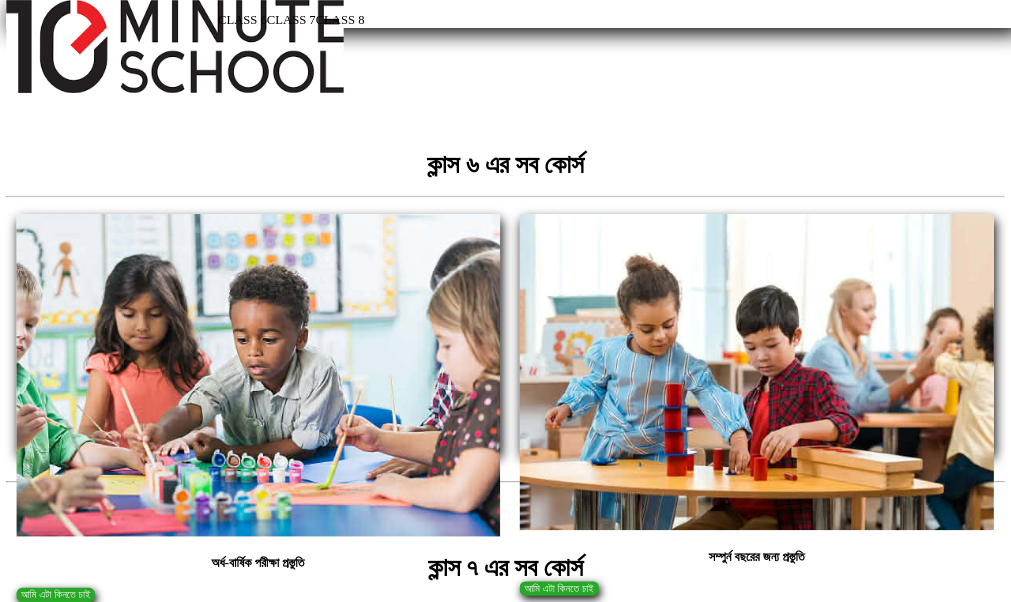
Repository: ridhukhan/10MinuteCourse
Page: /
These files come from the project's save history. The page is drawn as it stood at one moment and after the next save; the edit follows.
The browser window is 1280 px wide. The pictures show the whole page, at 79% of full size.
The project was rebuilt for these pictures with package versions that can differ from the ones it lists, and the page was loaded fresh each time. Also part of the build but not shown: vite.config.js.

Above is the page before, as saved 2025-12-14 20:25:25.

After the next save:
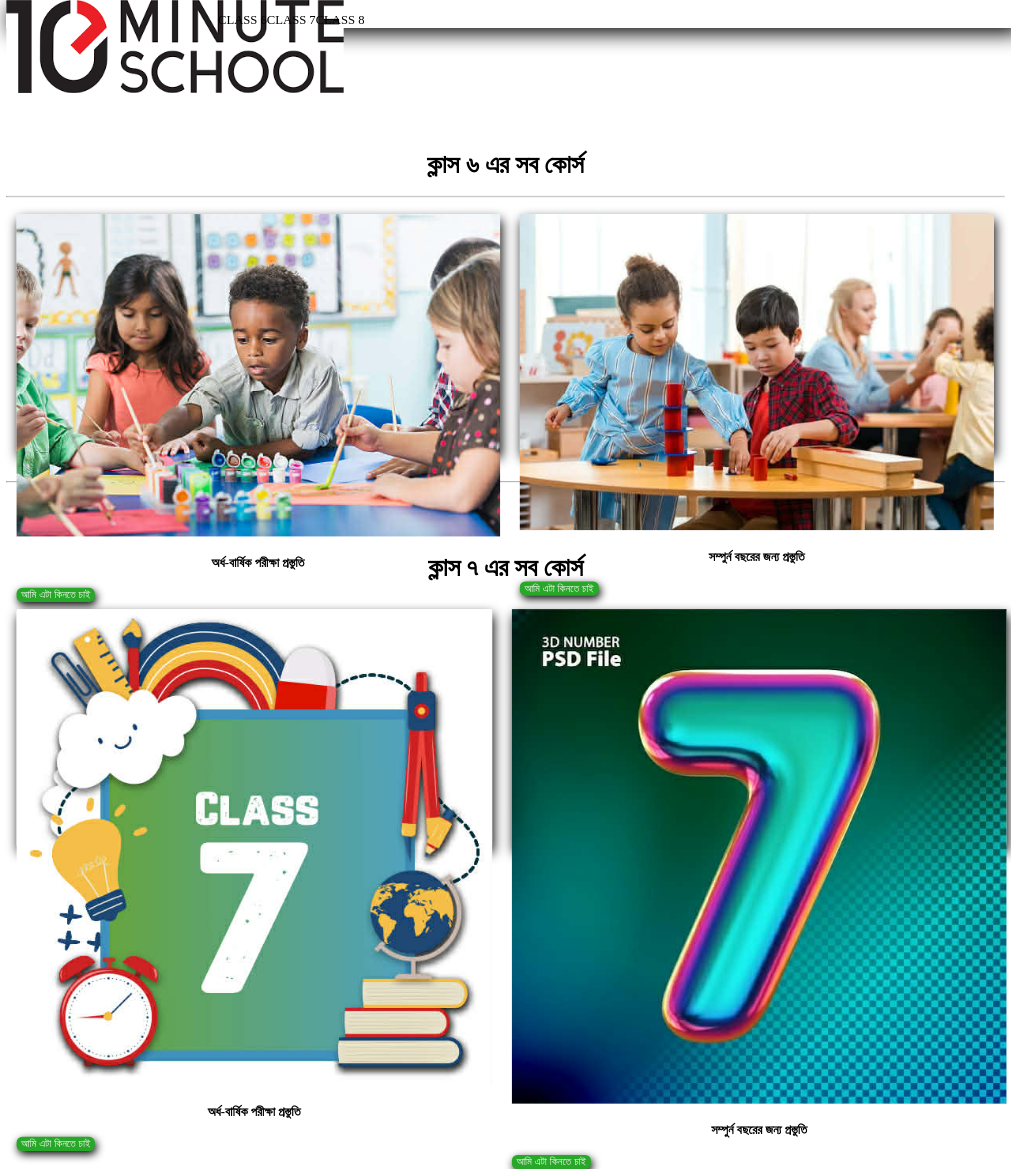
Saved 13 s later.
--- a/src/pages/Home.jsx
+++ b/src/pages/Home.jsx
@@ -1,5 +1,6 @@
 import React from 'react'
 import Class6c from '../Component/Class6c'
+import Class7c from '../Component/class7c'
 
 const Home = () => {
   return (
@@ -12,7 +13,7 @@
     <Class6c/>
     <hr style={{marginTop:"5%"}}/>
         <h1 style={{justifyContent:"center", textAlign:"center" ,marginTop:"7%"}}>ক্লাস ৭ এর সব কোর্স</h1>
-
+<Class7c/>
     </div>
   )
 }
